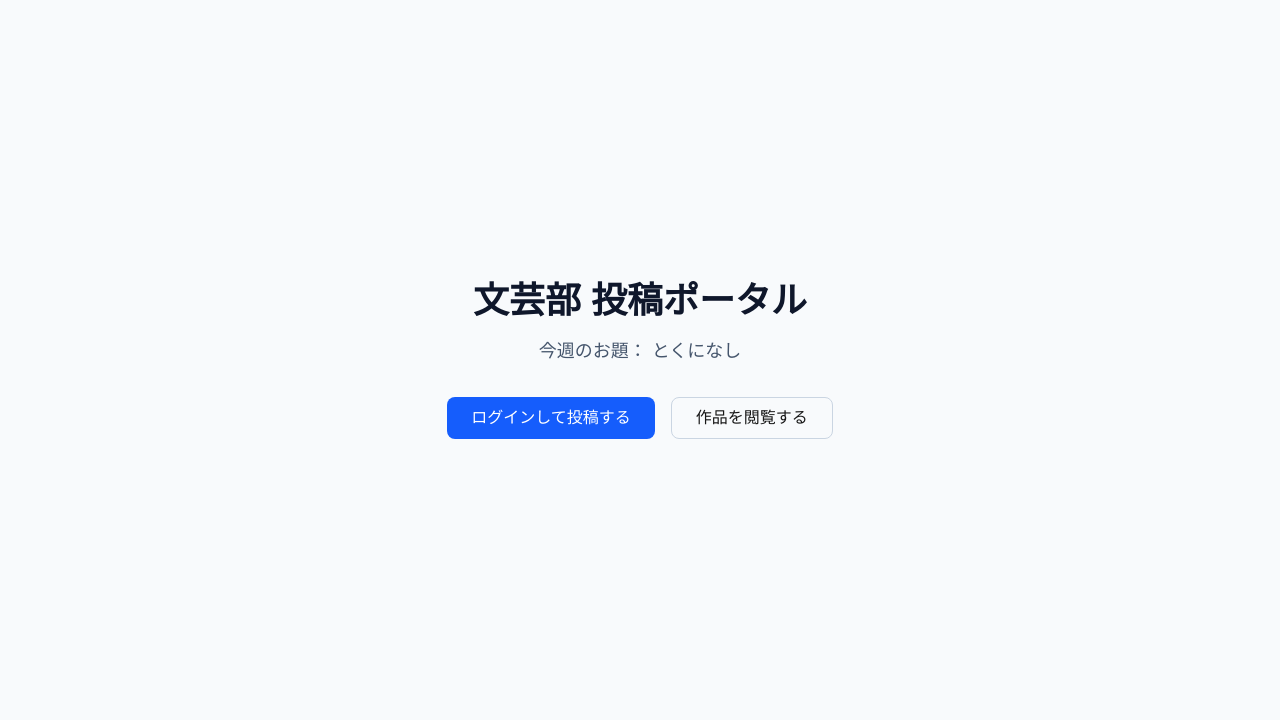
Repository: P-man2976/Literary-club-app
Page: /
The author's editor kept a copy of each file at every save. The page is drawn from the files as they stood at one save, then again after the next save.
The browser window is 1280 px wide. The pictures show the whole page.
The project was rebuilt for these pictures with package versions that can differ from the ones it lists, and the page was loaded fresh each time. The framework's server and built-in components were replaced by stand-ins that run in the browser. Also part of the build but not shown: next.config.ts.

Above is the page before, as saved 2026-01-31 11:00:27.

### app/page.tsx
export default function Home() {
  return (
    <main className="flex min-h-screen flex-col items-center justify-center p-24 bg-slate-50">
      <h1 className="text-4xl font-bold text-slate-900 mb-4">
        文芸部 投稿ポータル
      </h1>
      <p className="text-lg text-slate-600 mb-8">
        今週のお題： とくになし
      </p>
      <div className="flex gap-4">
        <button className="px-6 py-2 bg-blue-600 text-white rounded-lg font-medium">
          ログインして投稿する
        </button>
        <button className="px-6 py-2 border border-slate-300 rounded-lg font-medium">
          作品を閲覧する
        </button>
      </div>
    </main>
  );
}

Loaded but not shown: app/layout.tsx (common file); app/globals.css (common file)

After the next save:
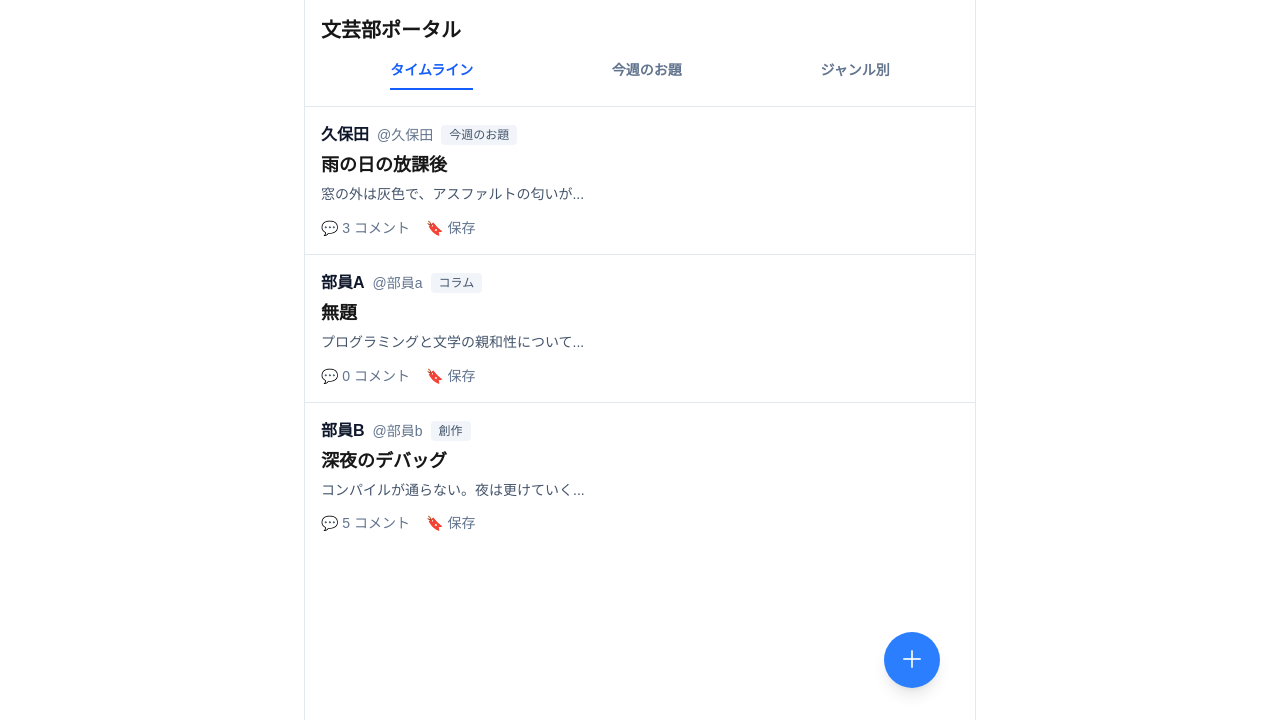
Saved 3 min 10 s later.
--- a/app/page.tsx
+++ b/app/page.tsx
@@ -1,20 +1,49 @@
 export default function Home() {
+  // 仮の投稿データ（後でデータベースと繋ぎます）
+  const posts = [
+    { id: 1, author: "久保田", title: "雨の日の放課後", body: "窓の外は灰色で、アスファルトの匂いが...", comments: 3, tag: "今週のお題" },
+    { id: 2, author: "部員A", title: "無題", body: "プログラミングと文学の親和性について...", comments: 0, tag: "コラム" },
+    { id: 3, author: "部員B", title: "深夜のデバッグ", body: "コンパイルが通らない。夜は更けていく...", comments: 5, tag: "創作" },
+  ];
+
   return (
-    <main className="flex min-h-screen flex-col items-center justify-center p-24 bg-slate-50">
-      <h1 className="text-4xl font-bold text-slate-900 mb-4">
-        文芸部 投稿ポータル
-      </h1>
-      <p className="text-lg text-slate-600 mb-8">
-        今週のお題： とくになし
-      </p>
-      <div className="flex gap-4">
-        <button className="px-6 py-2 bg-blue-600 text-white rounded-lg font-medium">
-          ログインして投稿する
-        </button>
-        <button className="px-6 py-2 border border-slate-300 rounded-lg font-medium">
-          作品を閲覧する
-        </button>
+    <main className="min-h-screen bg-white max-w-2xl mx-auto border-x border-slate-200">
+      {/* ヘッダー */}
+      <header className="sticky top-0 bg-white/80 backdrop-blur-md border-b border-slate-200 p-4">
+        <h1 className="text-xl font-bold">文芸部ポータル</h1>
+        {/* タブ切り替え（Twitter風） */}
+        <div className="flex mt-4 justify-around text-sm font-bold text-slate-500">
+          <div className="text-blue-600 border-b-2 border-blue-600 pb-2 cursor-pointer">タイムライン</div>
+          <div className="hover:text-slate-900 cursor-pointer">今週のお題</div>
+          <div className="hover:text-slate-900 cursor-pointer">ジャンル別</div>
+        </div>
+      </header>
+
+      {/* 投稿一覧（タイムライン） */}
+      <div className="divide-y divide-slate-200">
+        {posts.map((post) => (
+          <article key={post.id} className="p-4 hover:bg-slate-50 transition cursor-pointer">
+            <div className="flex items-center gap-2 mb-1">
+              <span className="font-bold text-slate-900">{post.author}</span>
+              <span className="text-sm text-slate-500">@{post.author.toLowerCase()}</span>
+              <span className="text-xs bg-slate-100 px-2 py-0.5 rounded text-slate-600">{post.tag}</span>
+            </div>
+            <h2 className="text-lg font-bold mb-1">{post.title}</h2>
+            <p className="text-slate-600 line-clamp-3 text-sm leading-relaxed">
+              {post.body}
+            </p>
+            <div className="mt-3 text-sm text-slate-500 flex gap-4">
+              <span>💬 {post.comments} コメント</span>
+              <span>🔖 保存</span>
+            </div>
+          </article>
+        ))}
       </div>
+
+      {/* 投稿ボタン（右下に固定） */}
+      <button className="fixed bottom-8 right-[calc(50%-300px)] w-14 h-14 bg-blue-500 text-white rounded-full shadow-lg flex items-center justify-center text-2xl hover:bg-blue-600">
+        ＋
+      </button>
     </main>
   );
 }
